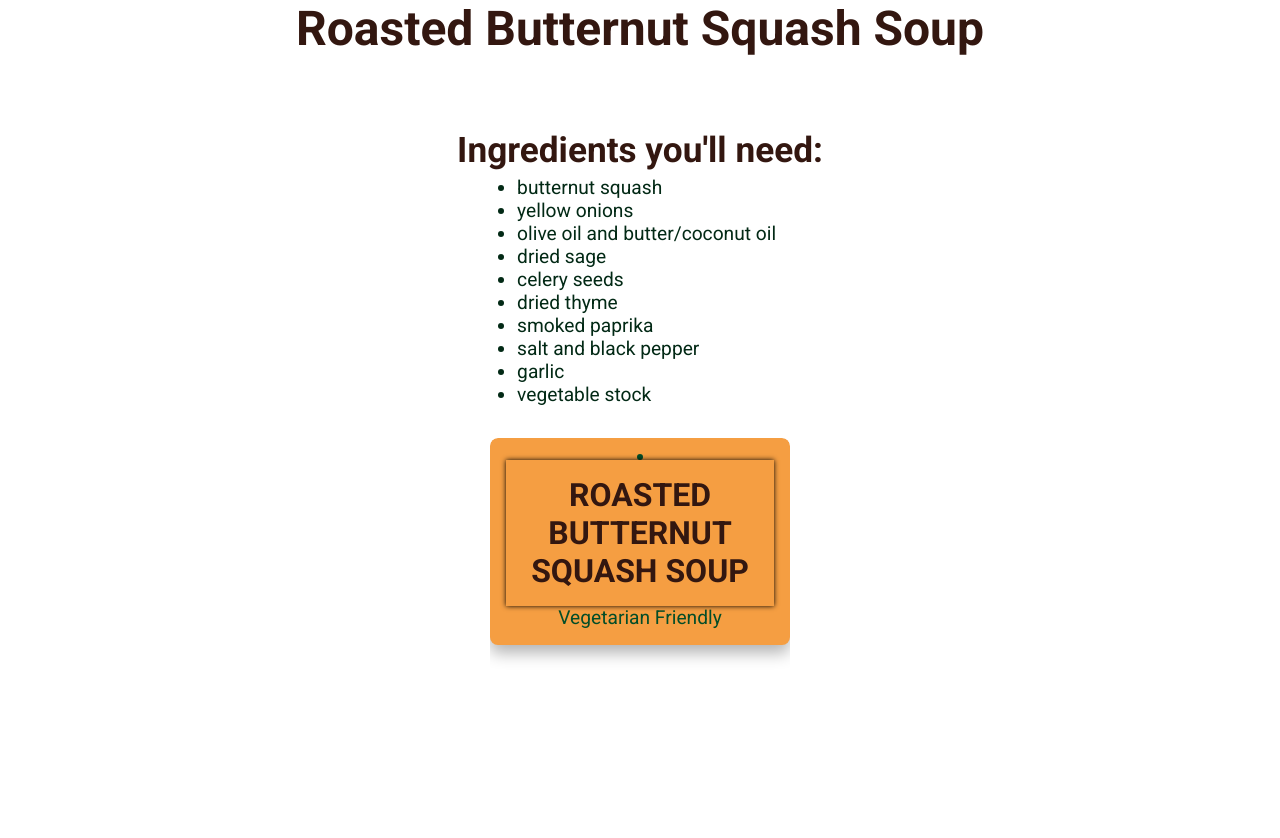
Repository: IDMX225/css-card-flip-LyssaMA
Page: src/index.html
These files come from the project's save history. The page is drawn as it stood at one moment and after the next save; the edit follows.
The browser window is 1280 px wide. The pictures show the whole page.
The style sheet was rebuilt from its Sass, Less or Tailwind sources for each picture, by a compiler version that may differ from the author's.

Above is the page before, as saved 2024-11-12 20:26:29.
Not found: src/js/index.js

### src/index.html
<!DOCTYPE html>
<html lang="en">

<head>
  <meta charset="UTF-8">
  <meta name="viewport" content="width=device-width, initial-scale=1.0">
  <meta name="description" content="A modern CSS page">
  <meta name="generator" content="Eleventy v1.2">
  <title>Recipe</title>
  <link rel="shortcut icon" href="images/squash.png" type="image/png">
  <link rel="stylesheet" href="css/main.css">
</head>

<body>
  <!-- Title above the card -->
  <div class="title-above-card">Roasted Butternut Squash Soup</div>

  <!-- Ingredients Section -->
  <div class="ingredients">
    <div class="ingredients-heading">Ingredients you'll need:</div>
    <ul class="ingredients-list">
      <li>butternut squash</li>
      <li>yellow onions</li>
      <li>olive oil and butter/coconut oil</li>
      <li>dried sage</li>
      <li>celery seeds</li>
      <li>dried thyme</li>
      <li>smoked paprika</li>
      <li>salt and black pepper</li>
      <li>garlic</li>
      <li>vegetable stock</li>
    </ul>
  </div>

  <!-- The Card with the Recipe Title inside -->
  <div class="card">
    <div class="card__content">
      <div class="card__front">
        <h3 class="card__title">Roasted Butternut Squash Soup</h3>
        <p class="card__subtitle">Vegetarian Friendly</p>
      </div>

      <div class="card__back">
        <p class="card__body">To roast the squash, simply place the seasoned squash onto two large baking sheets lined
          with aluminum foil for easy cleanup. Roast in the oven for 45 minutes at 400°F.
          There's no need to flip over the squash halfway through roasting. Just let it go for 45 minutes and that's it!
          Enjoy!</p>
      </div>
    </div>
  </div>

  <script src="js/index.js"></script>
</body>

</html>

### src/sass/main.scss
/* Import Google Fonts */
@import url('https://fonts.googleapis.com/css2?family=Roboto:wght@400;700&display=swap');

:root {
  --level-three: translateZ(9rem);
  --fw-normal: 400;
  --fw-bold: 700;
  --clr: #f59e42; /* Squash Soup Orange */
  --clr-dark: #331710; /* Dark brown for the card back */
  --font-family: 'Roboto', sans-serif;
}

*,
*::before,
*::after {
  box-sizing: border-box;
  margin: 0;
}

body {
  font-family: var(--font-family);
  height: 100vh;
  display: grid;
  place-items: center;
}

/* Title Above the Card */
.title-above-card {
  font-family: var(--font-family);
  font-size: 3rem; /* Larger size for the title */
  font-weight: var(--fw-bold);
  text-align: center;
  margin-bottom: 1.5em; /* Space between title and ingredients */
  color: #331710; /* Dark color for the title */
}

/* Ingredients Section */
.ingredients {
  text-align: center;
  margin-bottom: 2em; /* Space between ingredients and card */
}


.ingredients-heading {
  font-family: var(--font-family);
  font-size: 2.2rem; /* Larger size for "Ingredients you'll need:" */
  font-weight: var(--fw-bold);
  color: #331710; /* Dark color */
  margin-bottom: 5px; /* Adds space between the heading and the ingredient list */
}

.ingredients-list {
  text-align: left;
  font-family: var(--font-family);
  font-size: 1.2rem; /* Regular size for the list items */
  color: #022915; /* Dark green color */
  list-style-type: disc; /* Use bullet points for the list */
  margin-left: 20px; /* Indentation for the list items */
}

/* Card Container */
.card {
  width: 300px;
  height: 400px;
  perspective: 1000px;
  border-radius: 8px;
  overflow: hidden;
  padding-bottom: 2em; /* Add padding under the card */
}

/* Card Content */
.card__content {
  position: relative;
  width: 100%;
  height: 100%;
  transform-style: preserve-3d;
  transition: transform 0.6s;
}

.card:hover .card__content {
  transform: rotateY(180deg);
}

.card__front,
.card__back {
  position: absolute;
  top: 0;
  left: 0;
  right: 0;
  bottom: 0;
  backface-visibility: hidden;
  display: grid;
  justify-items: center;
  align-items: center;
  border-radius: 8px;  /* Ensures that the corners of both front and back are rounded */
}

/* Front of the Card */
.card__front {
  background-color: var(--clr);
  color: #034d28; /* Dark green text for contrast */
  padding: 1em;  /* Add space around the content inside the front of the card */
  border-radius: 8px; /* Match the card's rounded corners */
  box-shadow: 0 8px 16px rgba(0, 0, 0, 0.3); /* Add shadow to front for depth */
  position: relative;
}

/* Adding the border effect with rounded corners */
.card__front::before {
  content: '';
  position: center;
  top: 1em;
  bottom: 1em;
  left: 1em;
  right: 1em;
  border: 3px solid currentColor;
  border-radius: 5px; /* Rounded corners on the border */
}

/* Title on Card Front */
.card__title {
  font-family: var(--font-family);
  font-size: 2rem;
  font-weight: var(--fw-bold);
  text-transform: uppercase;
  color: #331710;
  box-shadow: 0 0 5px black;
  padding:.5em; /* Padding inside the box for space from the border */
  text-align: center;
  position: relative; /* Ensure the title is properly positioned */
  z-index: 1;  /* Ensure the title is on top of the border */
}

/* Subtitle on Card */
.card__subtitle {
  font-family: var(--font-family);
  font-size: 1.2rem;
  font-weight: var(--fw-normal);
}

/* Back of the Card */
.card__back {
  background: var(--clr-dark);
  color: #f7d07d;
  transform: rotateY(180deg);
  border-radius: 8px; /* Ensure the back matches the card's rounded corners */
  padding: 2em; /* Add some padding to the back */
}

.card__body {
  font-family: var(--font-family);
  font-size: 1rem;
  line-height: 1.5;
  text-align: center;
}

After the next save:
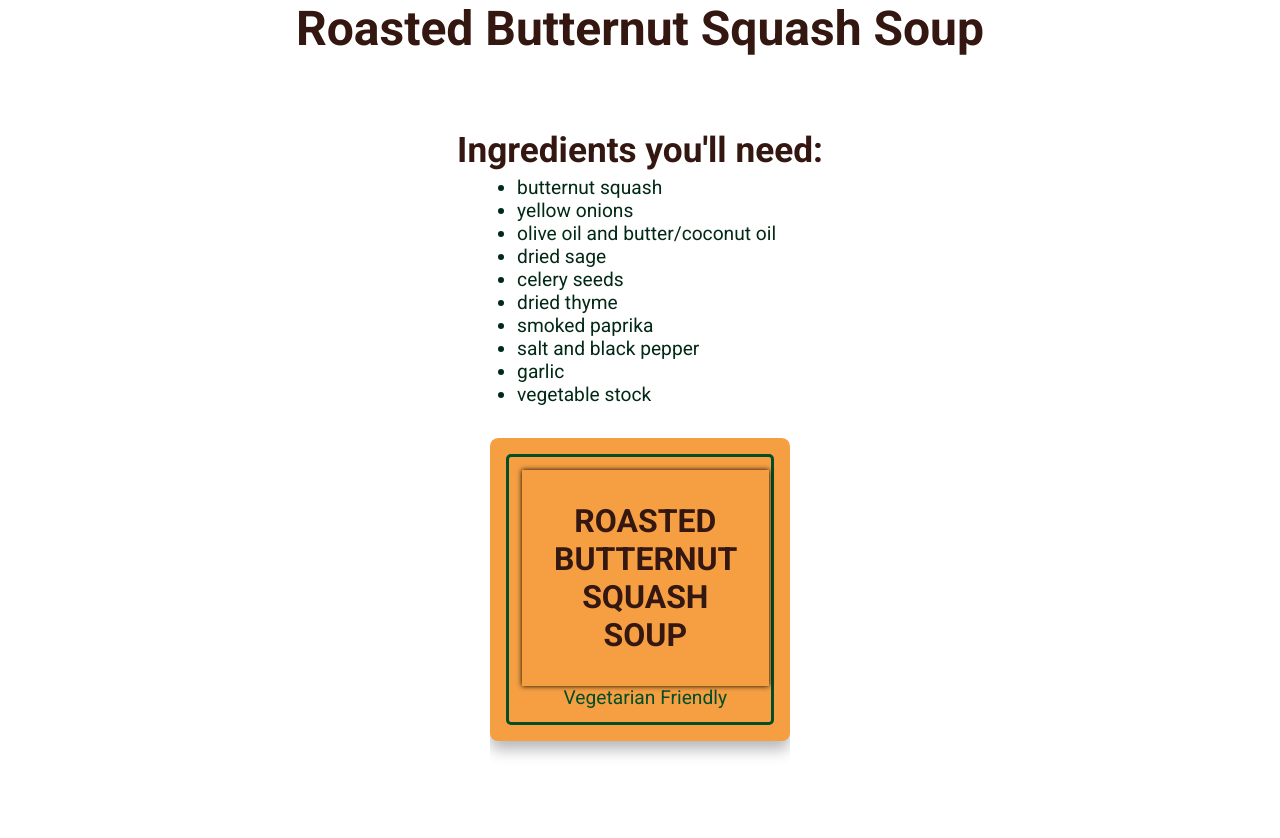
Saved 92 s later.
--- a/src/sass/main.scss
+++ b/src/sass/main.scss
@@ -13,7 +13,7 @@
 *,
 *::before,
 *::after {
-  box-sizing: border-box;
+  box-sizing: border-box; /* Ensure padding and border are included in width/height */
   margin: 0;
 }
 
@@ -39,7 +39,6 @@ body {
   text-align: center;
   margin-bottom: 2em; /* Space between ingredients and card */
 }
-
 
 .ingredients-heading {
   font-family: var(--font-family);
@@ -99,22 +98,24 @@ body {
 .card__front {
   background-color: var(--clr);
   color: #034d28; /* Dark green text for contrast */
-  padding: 1em;  /* Add space around the content inside the front of the card */
+  padding: 2em;  /* Adjust padding to allow space without shrinking */
   border-radius: 8px; /* Match the card's rounded corners */
   box-shadow: 0 8px 16px rgba(0, 0, 0, 0.3); /* Add shadow to front for depth */
   position: relative;
+  box-sizing: border-box; /* Ensure padding and borders are included in width/height */
 }
 
 /* Adding the border effect with rounded corners */
 .card__front::before {
   content: '';
-  position: center;
+  position: absolute; /* Change to absolute to position inside the card */
   top: 1em;
   bottom: 1em;
   left: 1em;
   right: 1em;
   border: 3px solid currentColor;
   border-radius: 5px; /* Rounded corners on the border */
+  pointer-events: none; /* Prevent interaction with the border */
 }
 
 /* Title on Card Front */
@@ -125,10 +126,11 @@ body {
   text-transform: uppercase;
   color: #331710;
   box-shadow: 0 0 5px black;
-  padding:.5em; /* Padding inside the box for space from the border */
+  padding: 1em; /* Padding inside the box for space from the border */
   text-align: center;
   position: relative; /* Ensure the title is properly positioned */
   z-index: 1;  /* Ensure the title is on top of the border */
+  margin: 0;  /* Ensure no extra space around the title */
 }
 
 /* Subtitle on Card */
@@ -145,6 +147,7 @@ body {
   transform: rotateY(180deg);
   border-radius: 8px; /* Ensure the back matches the card's rounded corners */
   padding: 2em; /* Add some padding to the back */
+  box-sizing: border-box; /* Include padding in the overall size */
 }
 
 .card__body {
